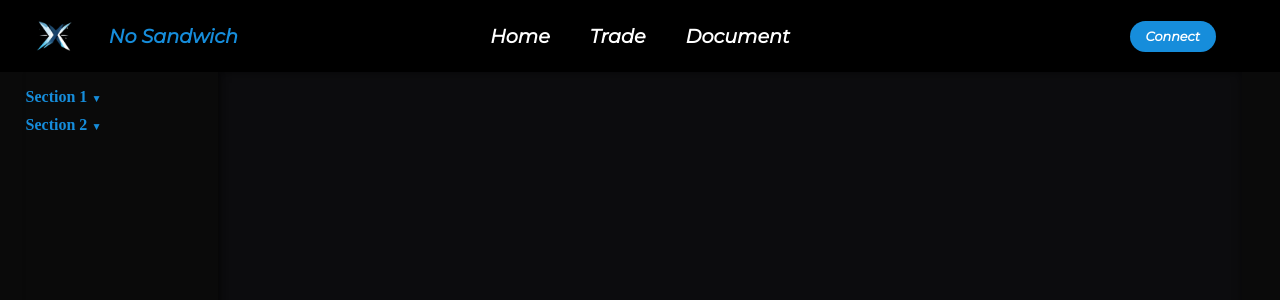
Repository: TreapGoGo/hackathon-2024-10-13
Page: /document (app in Web/NoSandwichSwapPair_Web/)
An editor plug-in stored every save of this project. The page is shown before and after the next save, followed by the edit.
The browser window is 1280 px wide. The pictures show the whole page.
An inner scrolling area shows only its first screen. The project was rebuilt for these pictures with package versions that can differ from the ones it lists, and the page was loaded fresh each time. Also part of the build but not shown: Web/NoSandwichSwapPair_Web/vite.config.js, Web/NoSandwichSwapPair_Web/src/components/documents/Subsection1_1.vue, Web/NoSandwichSwapPair_Web/src/components/documents/Subsection1_2.vue, Web/NoSandwichSwapPair_Web/src/components/documents/Subsection2_1.vue, Web/NoSandwichSwapPair_Web/src/components/documents/Subsection2_2.vue.

Above is the page before, as saved 2024-10-17 22:45:20.

After the next save:
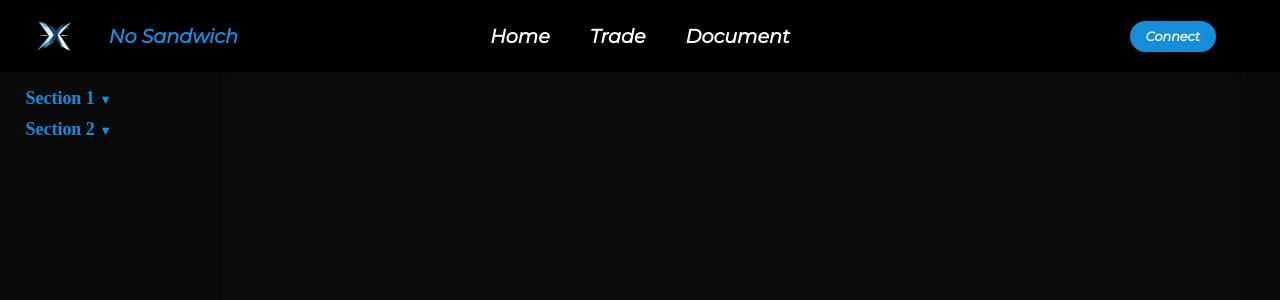
Saved 4 s later.
--- a/Web/NoSandwichSwapPair_Web/src/views/Document.vue
+++ b/Web/NoSandwichSwapPair_Web/src/views/Document.vue
@@ -101,11 +101,11 @@ export default {
 }
 
  .sidebar .item{
-  font-size: 1.vw;
+  font-size: 1.4vw;
  }
 
  .sidebar span{
-  font-size: 0.8vw;
+  font-size: 1vw;
  }
  .sidebar ul {
    list-style-type: none;
